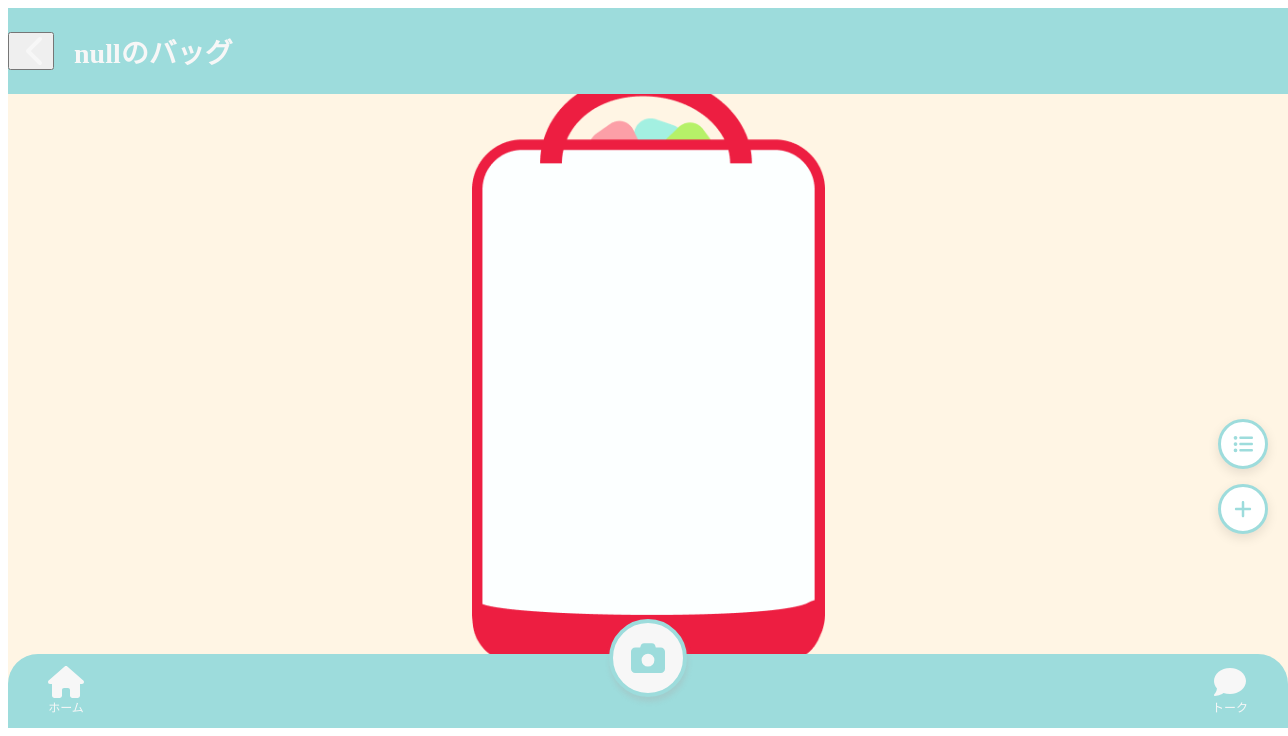
Repository: yamagataYK/pair-bag
Page: /bag
The author's editor kept a copy of each file at every save. The page is drawn from the files as they stood at one save, then again after the next save.
The browser window is 1280 px wide. The page is 1288 px wide, so the pictures cover 1288 px, including what lies to the right of the window. The pictures show the whole page.
The project was rebuilt for these pictures with package versions that can differ from the ones it lists, and the page was loaded fresh each time. The framework's server and built-in components were replaced by stand-ins that run in the browser. Also part of the build but not shown: next.config.ts.

Above is the page before, as saved 2025-07-17 15:52:28.

After the next save:
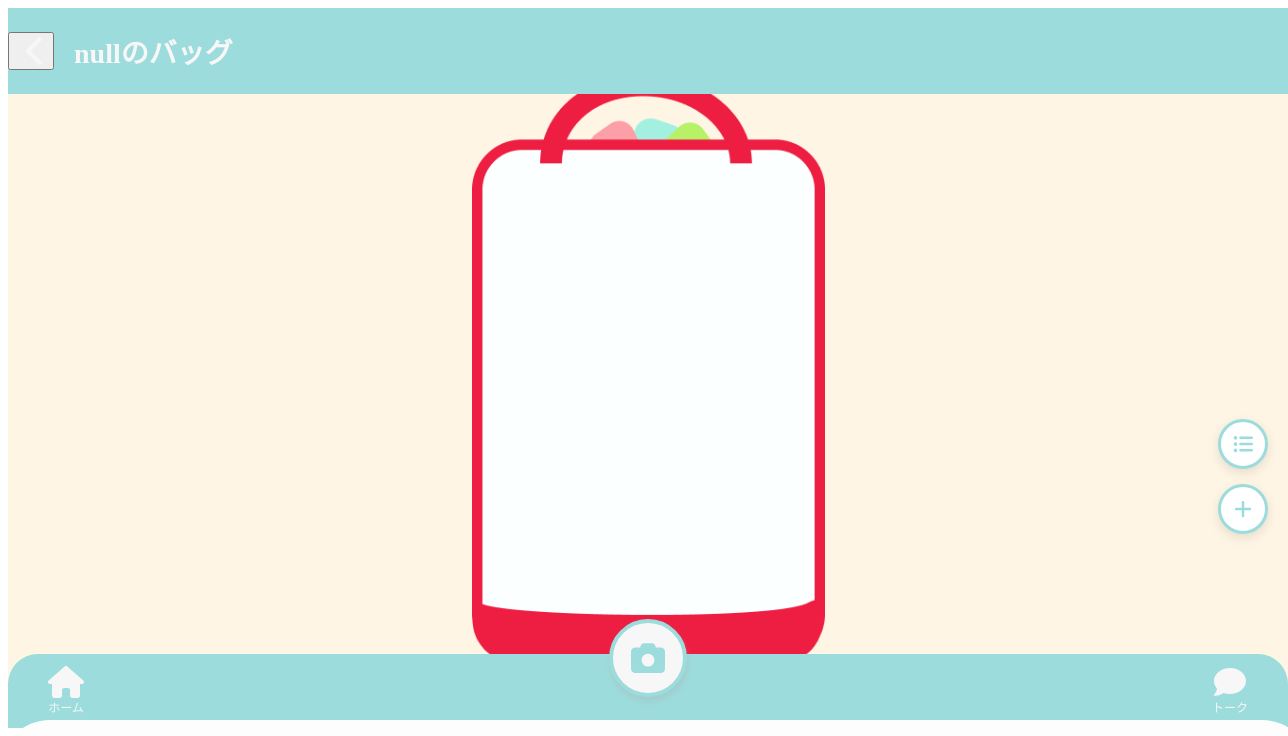
Saved 86 s later.
--- a/src/components/modal.tsx
+++ b/src/components/modal.tsx
@@ -21,15 +21,14 @@ export default function Modal() {
             >
                 <FontAwesomeIcon icon={faPlus} className={styles.icon} />
             </button>
-            {isOpen && (
-                <div
-                    className={`${styles.modalStyle}
+            <div
+                className={`${styles.modalStyle}
                         ${isOpen ? styles.modalOpen : ''}`}
-                >
-                    <p>モーダルの中身です</p>
-                    <button onClick={toggleModal}>Close</button>
-                </div>
-            )}
+            >
+                <p>モーダルの中身です</p>
+                <button onClick={toggleModal}>Close</button>
+            </div>
+
         </>
     )
 };
